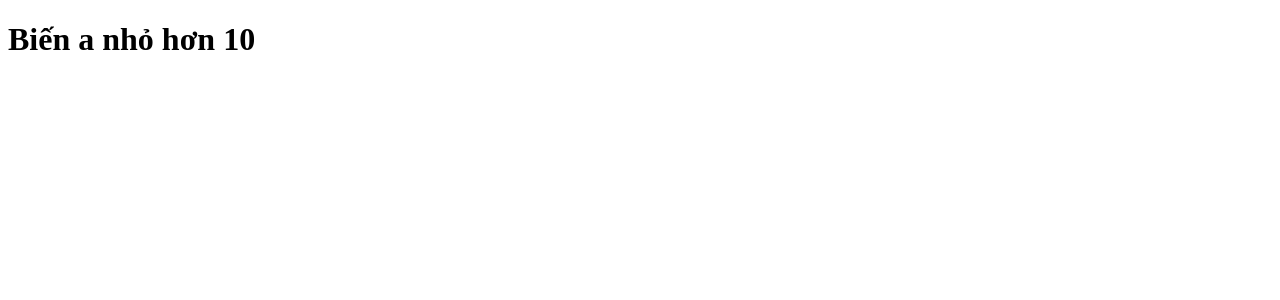
Repository: lavie1309/lavie1309.github.io
Page: http://localhost/trang_chu.php
These files come from the project's save history. The page is drawn as it stood at one moment and after the next save; the edit follows.
The browser window is 1280 px wide. The pictures show the whole page.
The page is run by PHP 8.4 with error messages shown; the project is at /var/www/html/.

Above is the page before, as saved 2021-12-08 17:06:31.

After the next save:
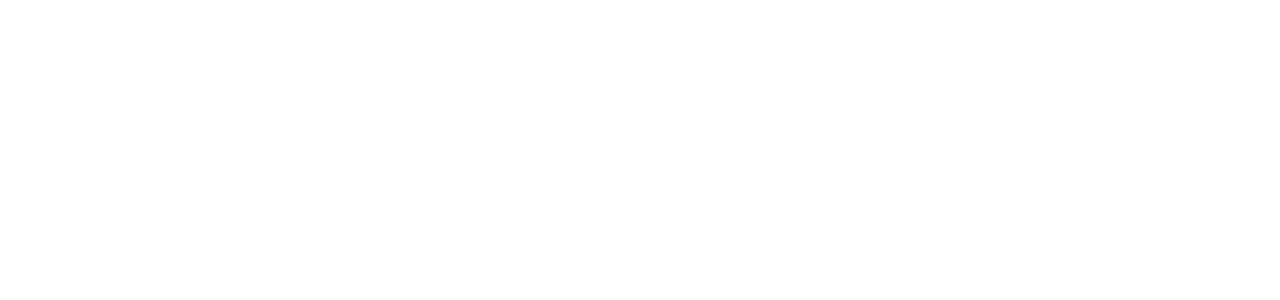
Saved 6 min 29 s later.
--- a/trang_chu.php
+++ b/trang_chu.php
@@ -9,7 +9,7 @@
 <body>
   <h1>
 
-    <?php
+    <?hp
       $a = 5;
       if($a < 10){
         echo "Biến a nhỏ hơn 10";

After the save that followed:
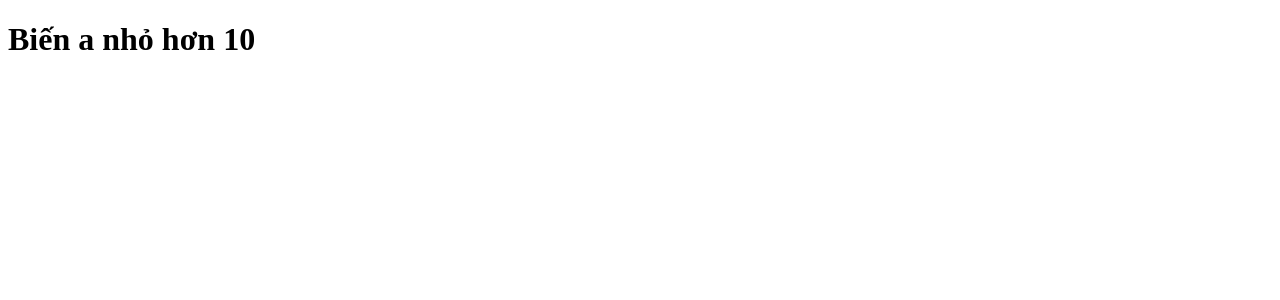
Saved 31 s later.
--- a/trang_chu.php
+++ b/trang_chu.php
@@ -9,7 +9,7 @@
 <body>
   <h1>
 
-    <?hp
+    <?php
       $a = 5;
       if($a < 10){
         echo "Biến a nhỏ hơn 10";
